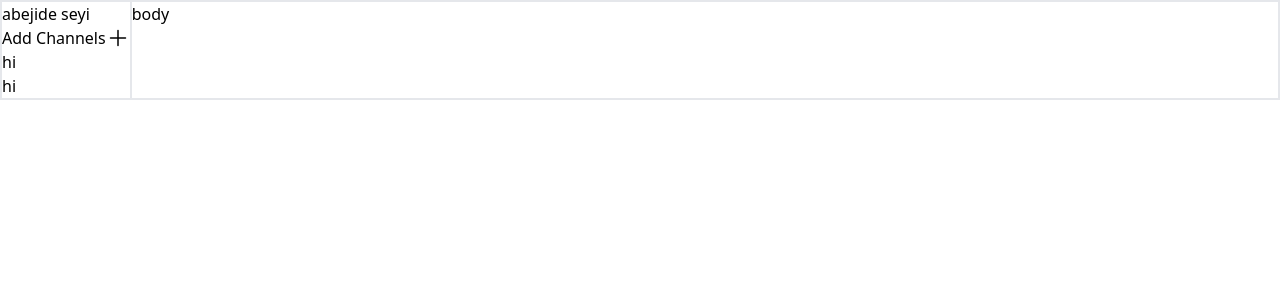
Repository: Semanmernstack/chat-mini
Page: /
The author's editor kept a copy of each file at every save. The page is drawn from the files as they stood at one save, then again after the next save.
The browser window is 1280 px wide. The pictures show the whole page.
The project was rebuilt for these pictures with package versions that can differ from the ones it lists, and the page was loaded fresh each time. Also part of the build but not shown: src/features/counter/Counter.module.css, src/features/counter/Counter.js.

Above is the page before, as saved 2022-11-14 05:28:01.

After the next save:
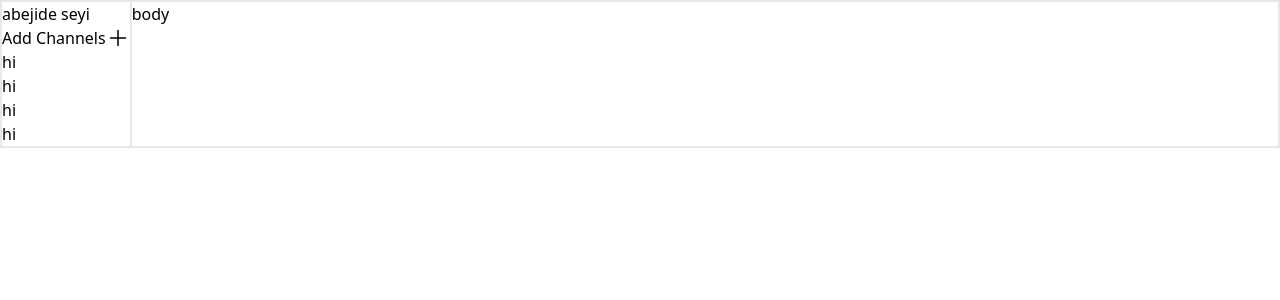
Saved 3 min 42 s later.
--- a/src/Sidebar.js
+++ b/src/Sidebar.js
@@ -14,6 +14,7 @@ function Sidebar() {
             </svg>
         </div>
         <Sidebarlist/>
+        <Sidebarlist/>
     </div>
   )
 }
